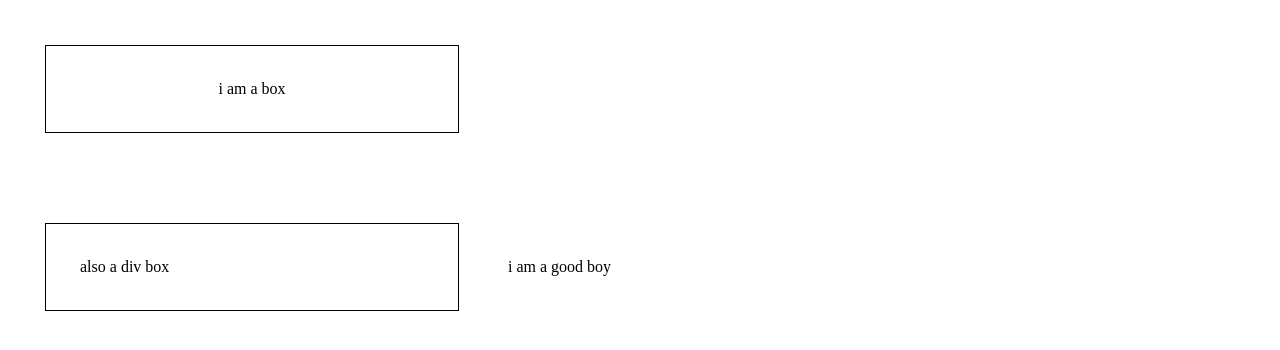
Repository: diensy/Web_dev
Page: Css/Display properties/display.html
These files come from the project's save history. The page is drawn as it stood at one moment and after the next save; the edit follows.
The browser window is 1280 px wide. The pictures show the whole page.

Above is the page before, as saved 2024-05-25 19:44:33.

### Css/Display properties/display.html
<!DOCTYPE html>
<html lang="en">
  <head>
    <meta charset="UTF-8" />
    <meta name="viewport" content="width=device-width, initial-scale=1.0" />
    <title>Display</title>
    <link rel="stylesheet" href="display.css" />
  </head>
  <body>
    <div class="box box1">i am a box</div>
    <div class="box">also a div box</div>
    <span>i am a</span>
    <span> good boy </span>
  </body>
</html>

### Css/Display properties/display.css
* {
  margin: 0;
  padding: 0;
}
.box {
  border: 1px solid black;
  display: inline-block;
  padding: 34px;
  margin: 45px;
  width: 344px;
}
.box1 {
  /* display: none; */
  /* visibility: hidden; */
  display: flex;
  justify-content: center;
}

After the next save:
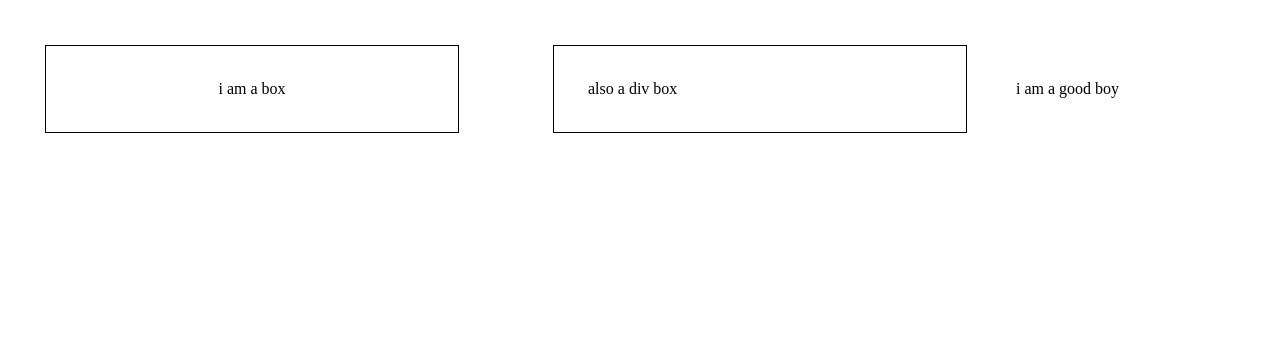
Saved 37 s later.
--- a/Css/Display properties/display.css
+++ b/Css/Display properties/display.css
@@ -12,6 +12,6 @@
 .box1 {
   /* display: none; */
   /* visibility: hidden; */
-  display: flex;
+  display: inline-flex;
   justify-content: center;
 }
